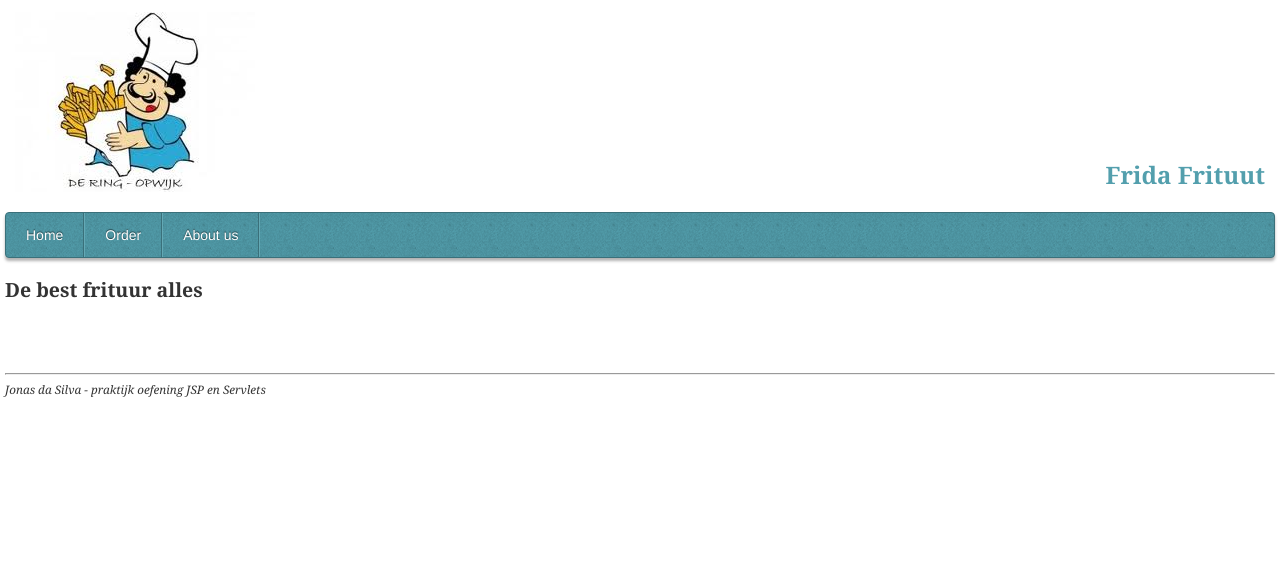
Repository: Projetos-intec/workspace-JavaWebJSP
Page: http://localhost/FrituurFrida/
The author's editor kept a copy of each file at every save. The page is drawn from the files as they stood at one save, then again after the next save.
The browser window is 1280 px wide. The pictures show the whole page.
The page is served by Tomcat 9.

Above is the page before, as saved 2014-09-16 12:45:27.

After the next save:
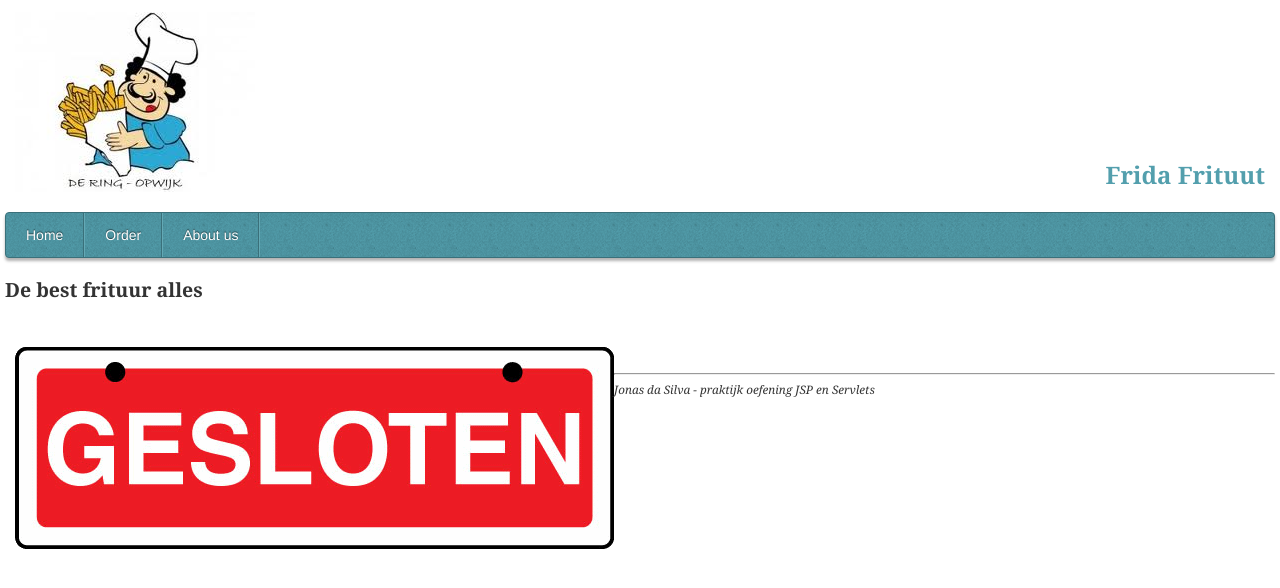
Saved 8 min 44 s later.
--- a/FrituurFrida/WebContent/index.jsp
+++ b/FrituurFrida/WebContent/index.jsp
@@ -29,6 +29,9 @@
 	<h2>De best frituur alles</h2>
 	<br />
 	${msg}
+	<div id='logo'>
+		<img src='images/gesloten.png' alt='Frituur Frida' />
+	</div>
 
 	<br />
 

After the save that followed:
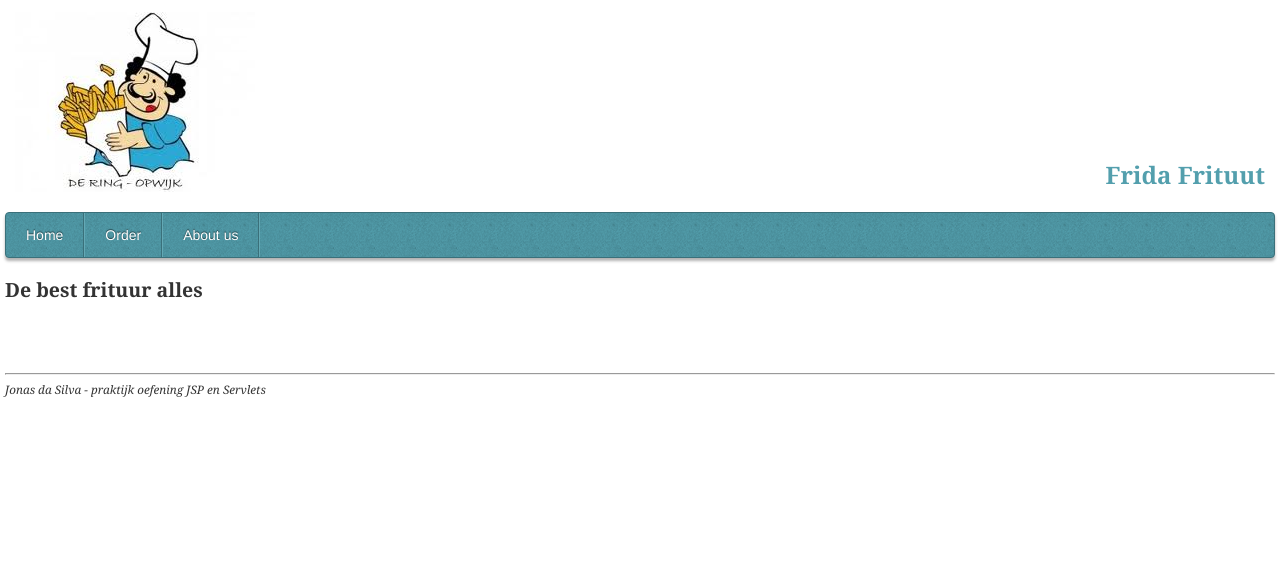
Saved 2 min 16 s later.
--- a/FrituurFrida/WebContent/index.jsp
+++ b/FrituurFrida/WebContent/index.jsp
@@ -29,9 +29,7 @@
 	<h2>De best frituur alles</h2>
 	<br />
 	${msg}
-	<div id='logo'>
-		<img src='images/gesloten.png' alt='Frituur Frida' />
-	</div>
+
 
 	<br />
 
